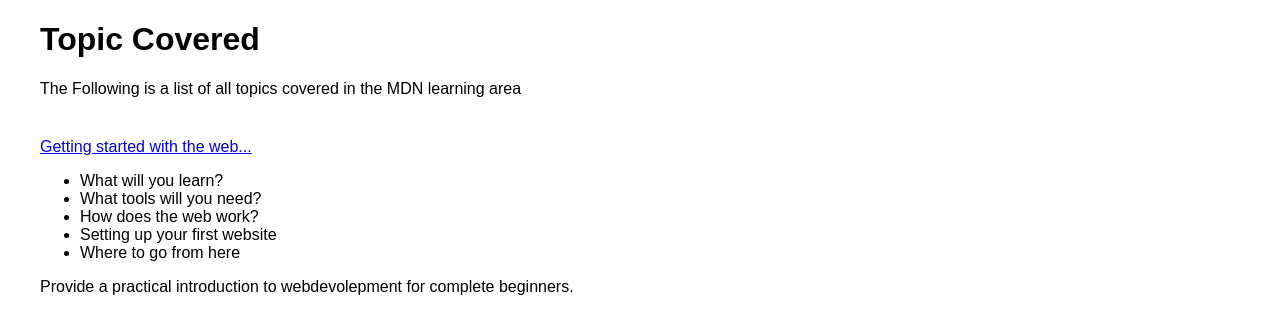
Repository: sriram1224/ReactProjects.github.io
Page: Assignments/Assignment1/index.html
An editor plug-in stored every save of this project. The page is shown before and after the next save, followed by the edit.
The browser window is 1280 px wide. The pictures show the whole page.

Above is the page before, as saved 2024-03-01 10:03:38.

After the next save:
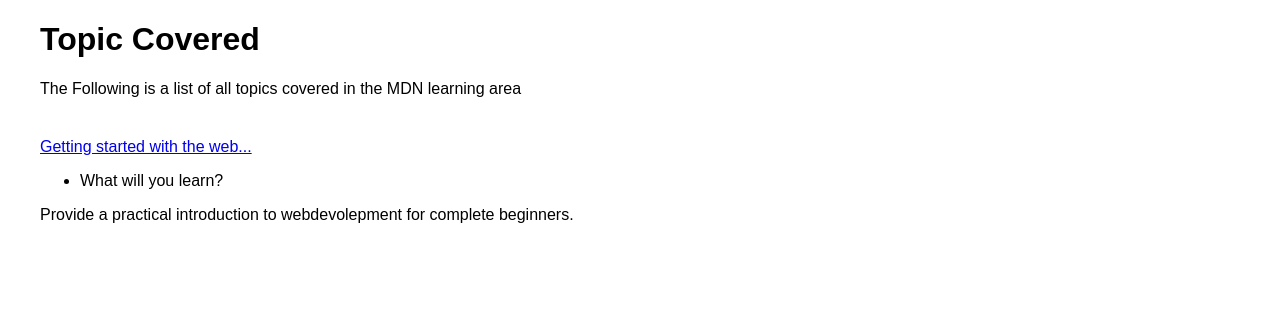
Saved 9 s later.
--- a/Assignments/Assignment1/index.html
+++ b/Assignments/Assignment1/index.html
@@ -47,10 +47,7 @@
       React.createElement('a', {href: 'http://example.com'}, 'Getting started with the web...'),
       React.createElement('ul', {}, [
         React.createElement('li', {}, 'What will you learn?'),
-        React.createElement('li', {}, 'What tools will you need?'),
-        React.createElement('li', {}, 'How does the web work?'),
-        React.createElement('li', {}, 'Setting up your first website'),
-        React.createElement('li', {}, 'Where to go from here'),
+
       ]),
       React.createElement('p', {}, 'Provide a practical introduction to webdevolepment for complete beginners.'),]);
 
